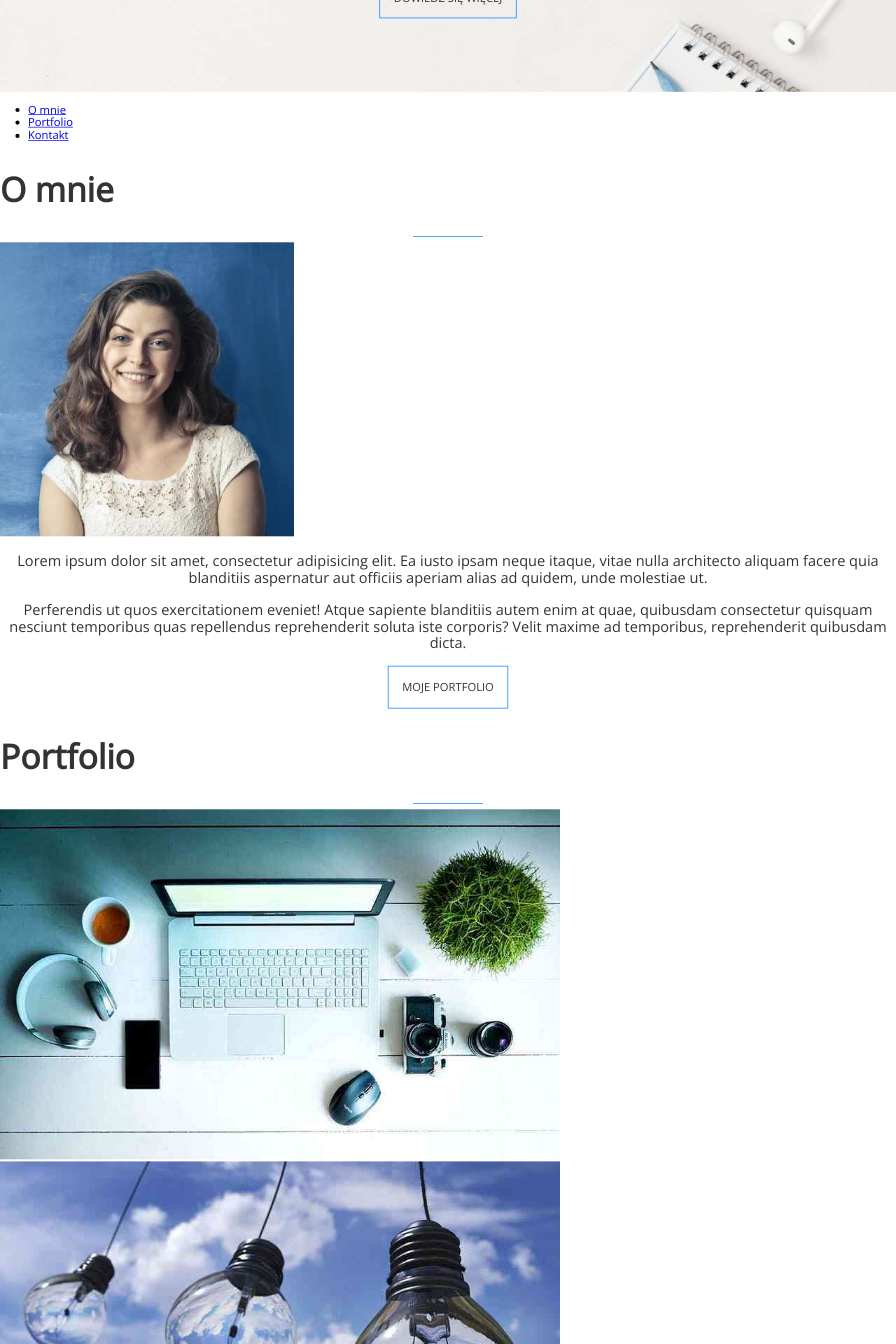
Repository: magdaf41/CSS
Page: zadanie_9/index.html
The author's editor kept a copy of each file at every save. The page is drawn from the files as they stood at one save, then again after the next save.
The browser window is 1280 px wide. The pictures show the part of the page from y = 373 to 2293 px (the page is 7907 px tall before and 7923 px after), at 70% of full size.

Above is the page before, as saved 2020-08-25 21:13:00.

### zadanie_9/index.html
<!DOCTYPE html>
<html lang="pl">

<head>
    <meta charset="UTF-8">
    <meta name="viewport" content="width=device-width, initial-scale=1.0">
    <title>Portfolio</title>
    <link rel="stylesheet" href="css/normalize.css">

    <link rel="stylesheet" href="https://cdnjs.cloudflare.com/ajax/libs/font-awesome/4.7.0/css/font-awesome.min.css">

    <link href="https://fonts.googleapis.com/css2?family=Open+Sans:wght@300;400&display=swap" rel="stylesheet">

    <link rel="stylesheet" href="css/style.css">
</head>

<body>

    <header id="main-header">
        <div class="header-content">
        <h1>Front end developer</h1>
        <hr>
        <p>HTML <span>&bull;</span> CSS <span>&bull;</span> JavaScript </p>
        <button class="button">Dowiedz się więcej</button>
    </div>
    </header>

    <nav>
        <ul>
            <li class="about"><a href="#about">O mnie </a> </li>
            <li class="portfolio"><a href="#portfolio">Portfolio</a></li>
            <li id="contact"><a href="#contact">Kontakt</a></li>
        </ul>
    </nav>

    <section id="about">
        <h2 class="title">O mnie</h2>
        <hr>
        <img src="img/about.jpg" alt="moje_zdjęcie">
        <p>Lorem ipsum dolor sit amet, consectetur adipisicing elit. Ea iusto ipsam neque itaque, vitae nulla architecto
            aliquam facere quia blanditiis aspernatur aut officiis aperiam alias ad quidem, unde molestiae ut.</p>
        <p>Perferendis ut quos exercitationem eveniet! Atque sapiente blanditiis autem enim at quae, quibusdam
            consectetur quisquam nesciunt temporibus quas repellendus reprehenderit soluta iste corporis? Velit maxime
            ad temporibus, reprehenderit quibusdam dicta.</p>
        <button class="button">Moje portfolio</button>

    </section>

    <section id="portfolio">
        <h2 class="title">Portfolio</h2>
        <hr>
        <img src="img/portfolio/photo-1.jpg" alt="photo-1">
        <img src="img/portfolio/photo-2.jpg" alt="photo-2">
        <img src="img/portfolio/photo-3.jpg" alt="photo-3">
        <img src="img/portfolio/photo-4.jpg" alt="photo-4">
        <img src="img/portfolio/photo-5.jpg" alt="photo-5">
        <img src="img/portfolio/photo-6.jpg" alt="photo-6">
        <img src="img/portfolio/photo-7.jpg" alt="photo-7">
        <img src="img/portfolio/photo-8.jpg" alt="photo-8">
        <img src="img/portfolio/photo-9.jpg" alt="photo-9">
        <img src="img/portfolio/photo-10.jpg" alt="photo-10">
        <img src="img/portfolio/photo-11.jpg" alt="photo-11">
        <img src="img/portfolio/photo-12.jpg" alt="photo-12">
    </section>

    <section id="contact"></section>
    <h2 class="title">Kontakt</h2>
    <hr>
    <form class="form">
        <input type="text" name="name" id="name" placeholder="Imię">
        <input type="email" name="email" id="email" placeholder="Email">
        <textarea name="message" id="message" placeholder="Wiadomość"></textarea>
        <button type="submit" class="button">Wyślij wiadomość</button>
    </form>

    <a href="#" class="fa fa-facebook"></a>
    <a href="#" class="fa fa-twitter"></a>

    <footer>
        <p>Copyright&copy; Magdalena Falkowska-Legieć
        <p></p>
    </footer>

</body>

</html>

### zadanie_9/css/style.css
* {
    box-sizing: border-box;
}

body {
    font-family: 'Open Sans', sans-serif;
}

/* Header style */

#main-header {
    height: 70vh;
    background-image: url(../img/header.jpg);
    background-size: cover;
    background-position: center;
    background-repeat: no-repeat;
    display: flex;
    align-items: center;
    justify-content: center;
}

hr {
    background-color: #007bff;
    width: 100px;
    height: 1px;
    border: none;
    padding: 0%;
}

h1 {
    font-size: 4.2em;
    color: #007bff;
    text-transform: uppercase;
}

p {
    font-size: 1.3em;
    text-align: center;
    color: #333;
}


span {
    color: #007bff;
}

.button {
    text-transform: uppercase;
    color: #333;
    border: 1px solid #007bff;
    padding: 20px;
    margin: auto;
    display: block;
    background-color: transparent;
}

#header {
    color: #333;
}

.button {
    color: #333;
}

.skills {
    font-size: 1.3em;
}

.menu {
    font-size: 1.9em;
}

.title {
    font-size: 3em;
    color: #333;
}

Loaded but not shown: zadanie_9/css/normalize.css (library)

After the next save:
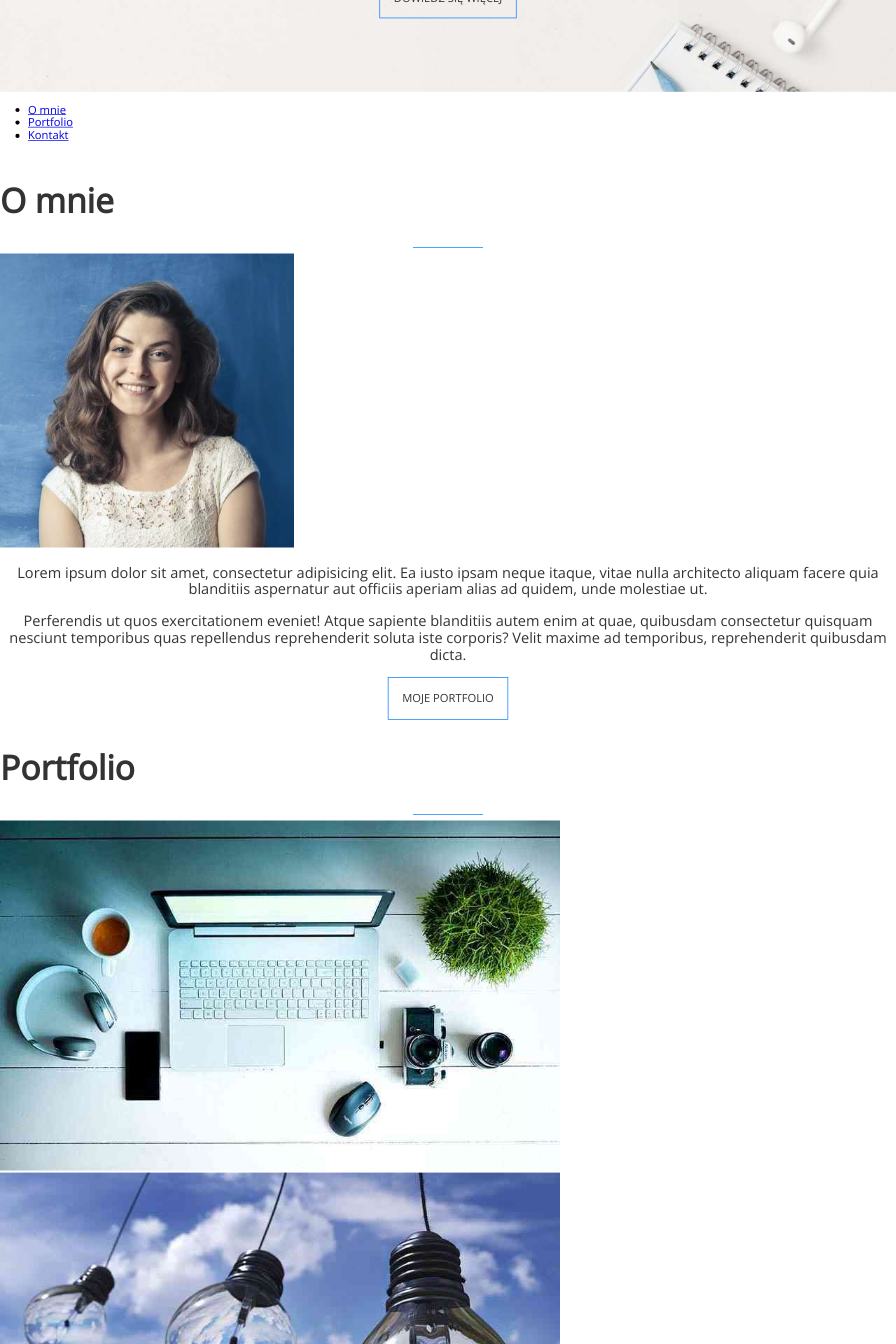
Saved 84 s later.
--- a/zadanie_9/css/style.css
+++ b/zadanie_9/css/style.css
@@ -39,7 +39,6 @@ p {
     color: #333;
 }
 
-
 span {
     color: #007bff;
 }
@@ -58,10 +57,10 @@ span {
     color: #333;
 }
 
-.button {
-    color: #333;
+/* nav */
+nav{
+    display: flex;
 }
-
 .skills {
     font-size: 1.3em;
 }
